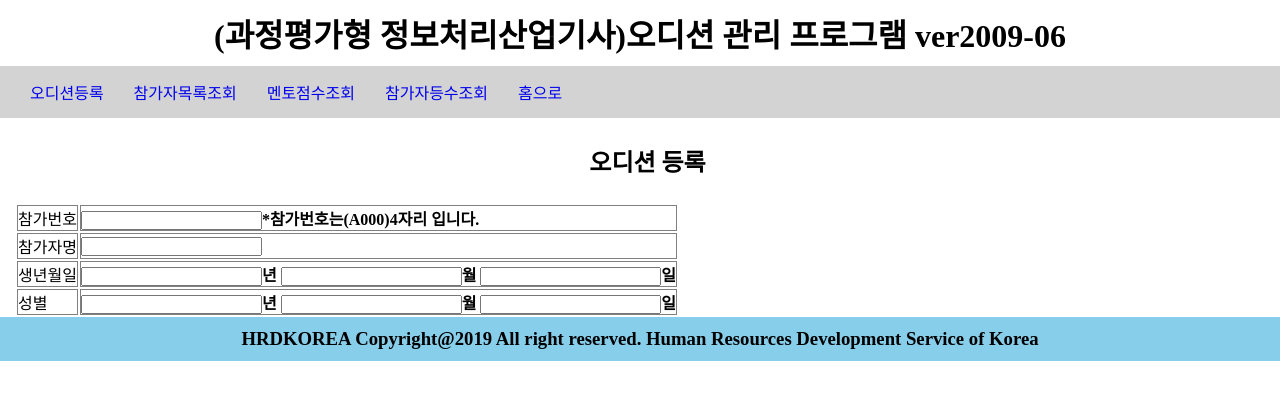
Repository: chyun94/JSP-
Page: http://localhost/Kingdom/insert.jsp
These files come from the project's save history. The page is drawn as it stood at one moment and after the next save; the edit follows.
The browser window is 1280 px wide. The pictures show the whole page.
The page is served by Tomcat 9.

Above is the page before, as saved 2021-05-09 12:28:55.

After the next save:
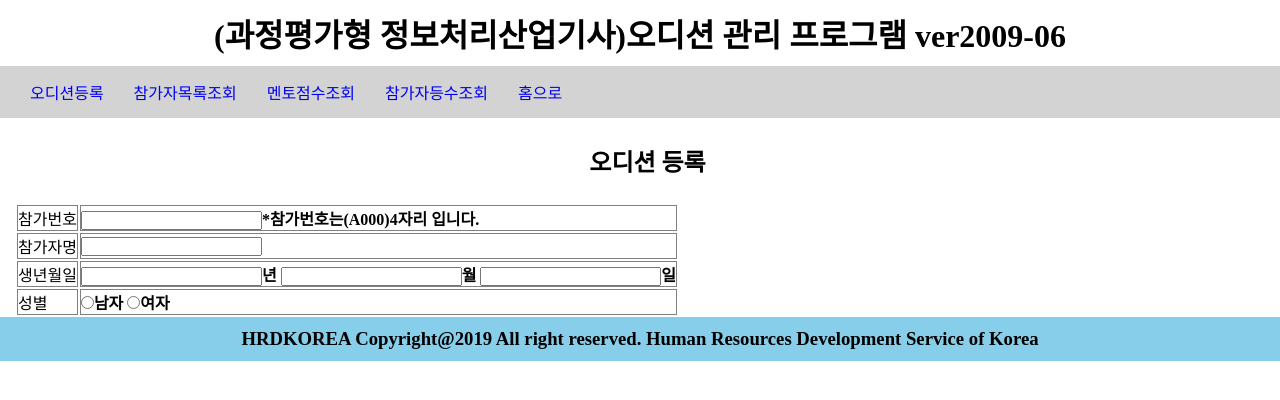
Saved 47 s later.
--- a/Kingdom/WebContent/insert.jsp
+++ b/Kingdom/WebContent/insert.jsp
@@ -80,9 +80,8 @@ text-align: center; background: skyblue; padding: 11px;
 			<tr>
 				<td>성별</td>
 				<th>
-					<input type="text">년
-					<input type="text">월
-					<input type="text">일
+					<input type="radio" name="gender" value="M">남자
+					<input type="radio" name="gender" value="F">여자
 				</th>
 			</tr>
 		</table>
